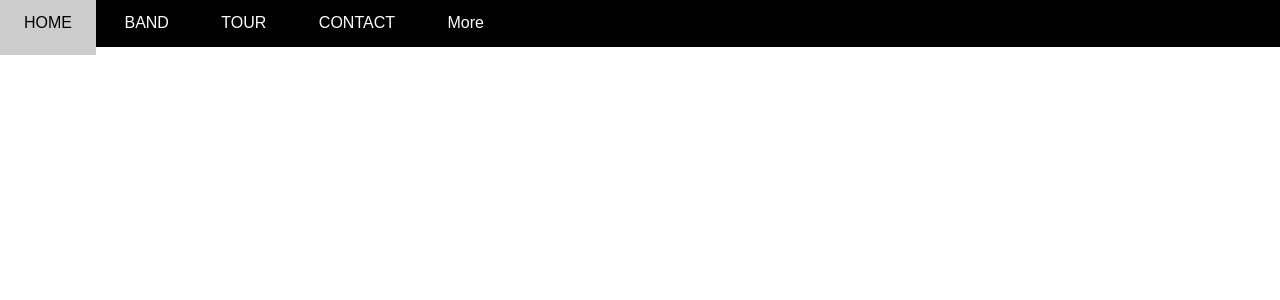
Repository: thanhsonnguyen-gif/f8-learn
Page: index.html
An editor plug-in stored every save of this project. The page is shown before and after the next save, followed by the edit.
The browser window is 1280 px wide. The pictures show the whole page.

Above is the page before, as saved 2022-06-23 09:58:40.

After the next save:
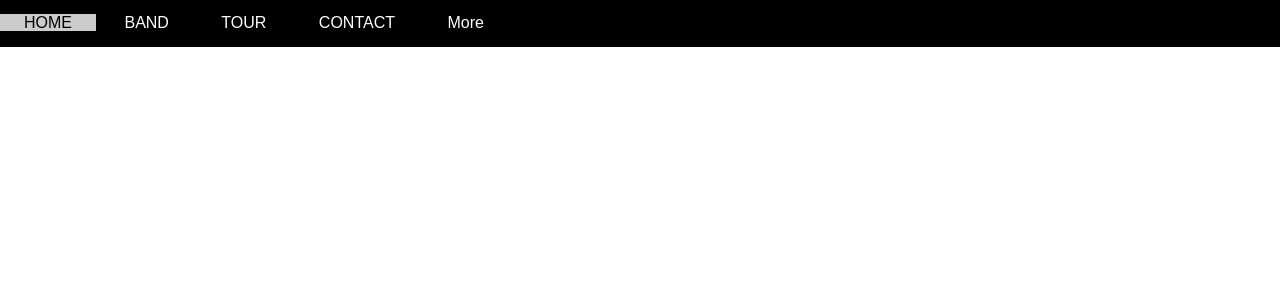
Saved 2 min 34 s later.
--- a/assets/css/style.css
+++ b/assets/css/style.css
@@ -24,7 +24,7 @@ color: #fff;
 
 #nav li a {
     line-height: 46.5px;
-    padding: 24px;
+    padding:0 24px;
     text-decoration: none;
     color: #fff;
 }
